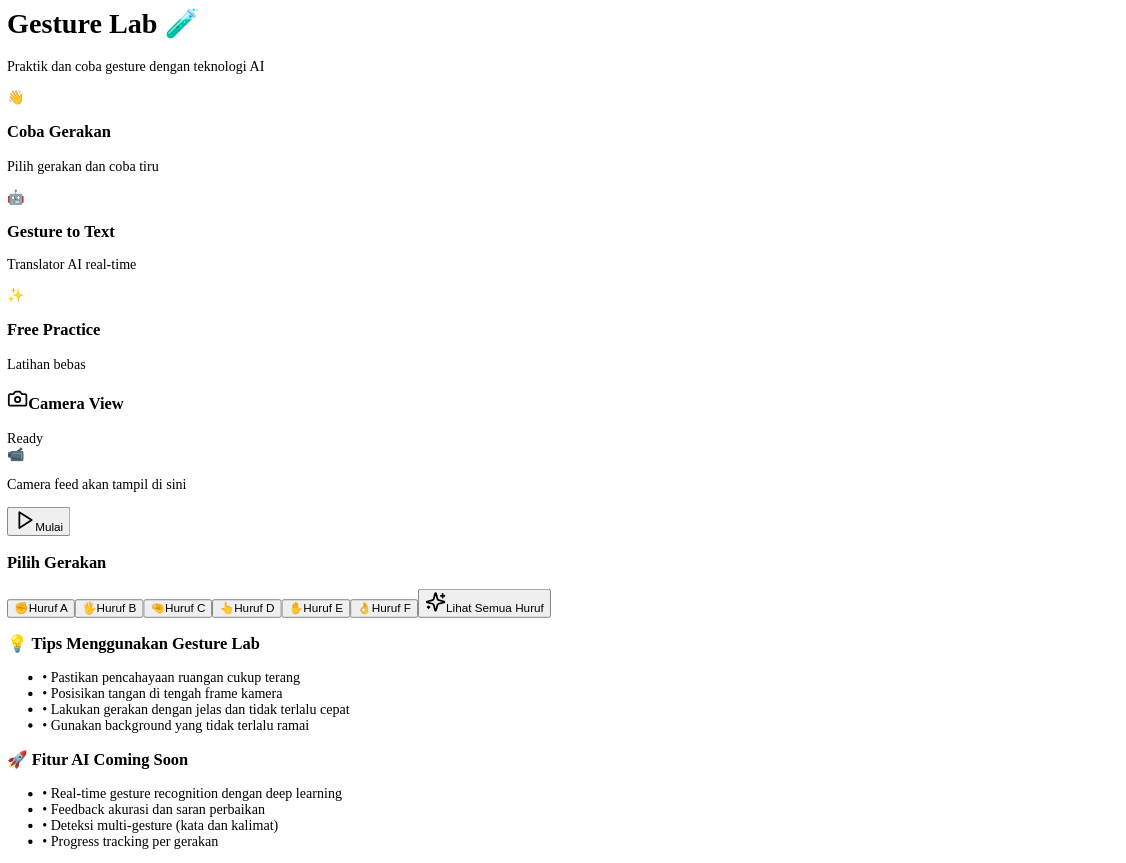
Repository: Tisna7/GESTURA
Page: resources/views/user/gesture-lab-1.blade.php
The author's editor kept a copy of each file at every save. The page is drawn from the files as they stood at one save, then again after a run of saves.
The browser window is 1280 px wide. The pictures show the whole page, at 88% of full size.
The page is served by the project's Laravel application, run on PHP 8.4 with Laravel 12. Style sheets and scripts are compiled from the project's sources, by tool versions that may differ from the author's. The template is opened directly, without the code that normally fills it, so the values that code supplies are empty.

Above is the page before, as saved 2025-11-22 16:24:57.

After the next 2 saves:
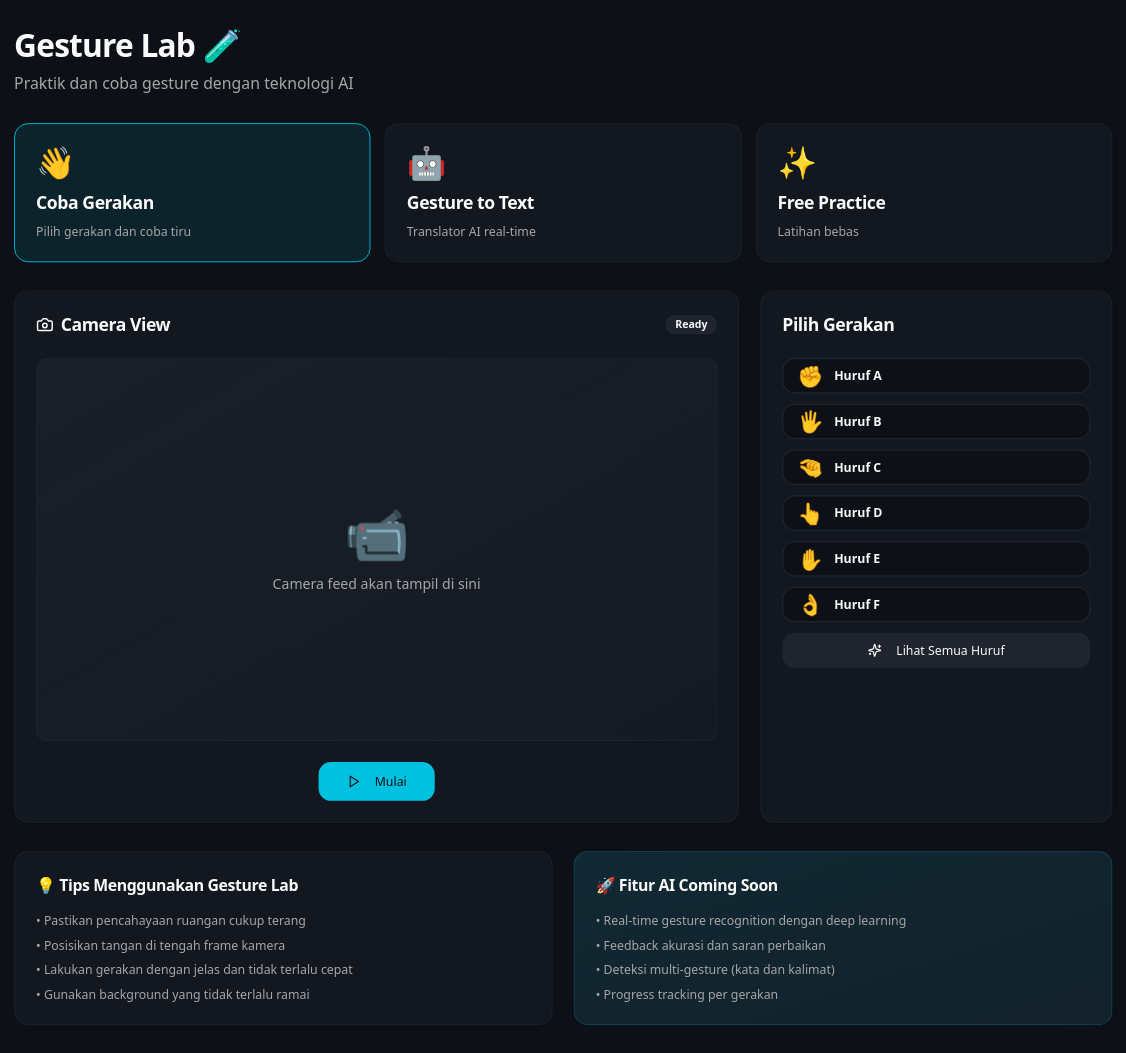
The 2 saves are shown as one change because they came seconds apart.
The last was saved 8 s later.
--- a/resources/views/user/gesture-lab-1.blade.php
+++ b/resources/views/user/gesture-lab-1.blade.php
@@ -1,5 +1,5 @@
-@section('')
-
+@extends('app')
+@section('content')
 <main class="container mx-auto px-4 py-8">
     <div class="space-y-8">
         <div>
